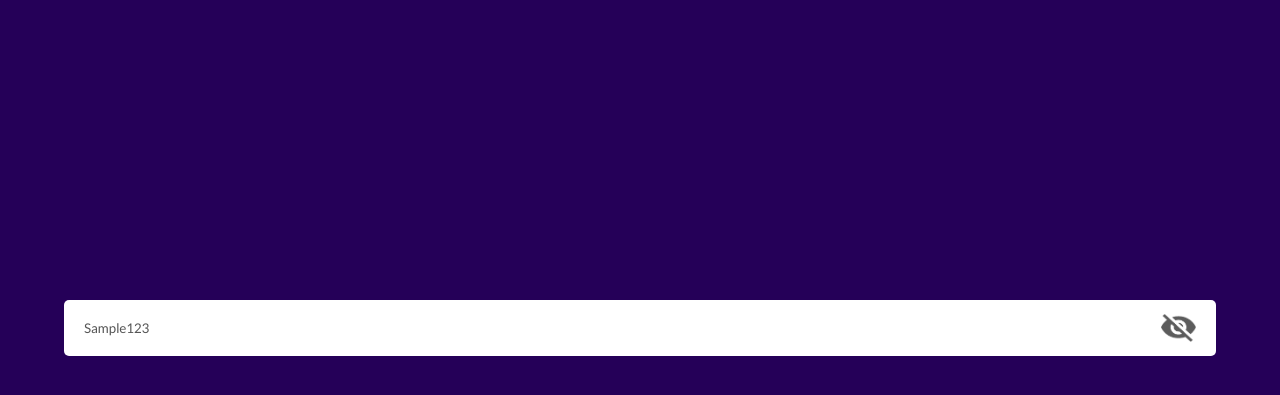
Repository: qtqqrdy13/password-hide-show
Page: index.html
These files come from the project's save history. The page is drawn as it stood at one moment and after the next save; the edit follows.
The browser window is 1280 px wide. The pictures show the whole page.
Empty fields were first filled with sample values (such as "Sample", 5 or name@example.com).
After loading, the first visible `#eyeicon` was clicked once.

Above is the page before, as saved 2024-01-13 00:56:12.

### index.html
<!DOCTYPE html>
<html lang="en">
<head>
    <meta charset="UTF-8">
    <meta name="viewport" content="width=device-width, initial-scale=1.0">
    <title>Password hide and show</title>
    <link rel="stylesheet" href="style.css">
</head>
<body>
<div class="input-box">
    <input type="password"  placeholder="password" id="password">
    <img src="img/eye-close.png" alt="" id="eyeicon">
</div>



    <script src="script.js"></script>
</body>
</html>

### style.css
* {
    margin: 0;
    padding: 0;
    font-family: 'Gill Sans', 'Gill Sans MT', Calibri, 'Trebuchet MS', sans-serif;
    box-sizing: border-box;
}

body {
    background-color: #250058;
}

.input-box {
    background-color: #fff;
    width: 90%;
    min-width: 500px;
    border-radius: 5px;
    padding: 10px 20px;
    margin: 300px auto;
    display: flex;
    align-items: center;
}
.input-box input{
    width: 100%;
    padding: 10px 0;
    border: 0;
    outline: 0;
    font-style: 24px;
    color: #555;
}
.input-box img{
    width: 35px;
    cursor: pointer;
}

### script.js
let eyeIcon = document.getElementById("eyeicon");
let password = document.getElementById("password");

eyeIcon.onclick = function(){
    if(password.type == "password"){
        password.type = "text";
    }
    else{
        password.type = "password";
    }
};

After the next save:
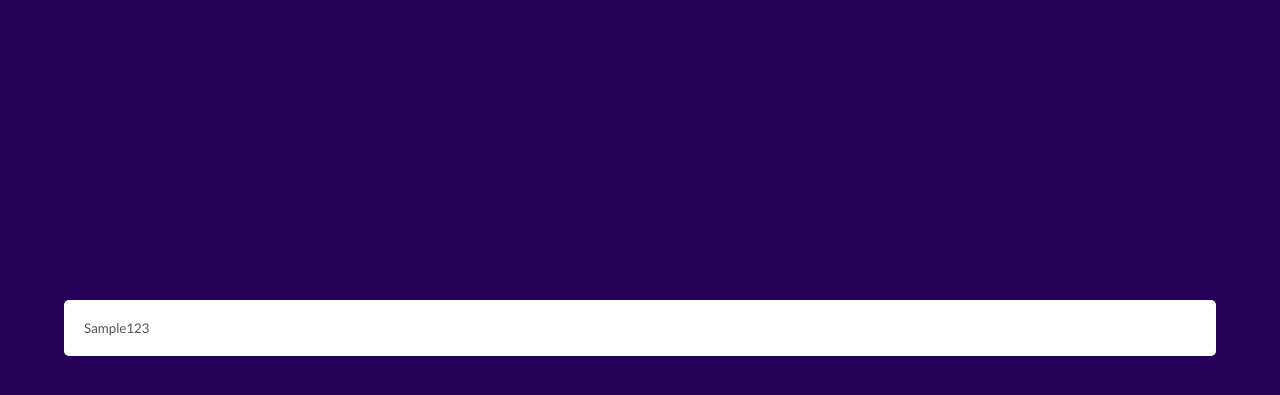
Not found: eye-open.png
Saved 87 s later.
--- a/script.js
+++ b/script.js
@@ -4,8 +4,10 @@
 eyeIcon.onclick = function(){
     if(password.type == "password"){
         password.type = "text";
+        eyeIcon.src = "eye-open.png"
     }
     else{
         password.type = "password";
+        eyeIcon.src = "eye-close.png"
     }
 };

After the 2 saves that followed:
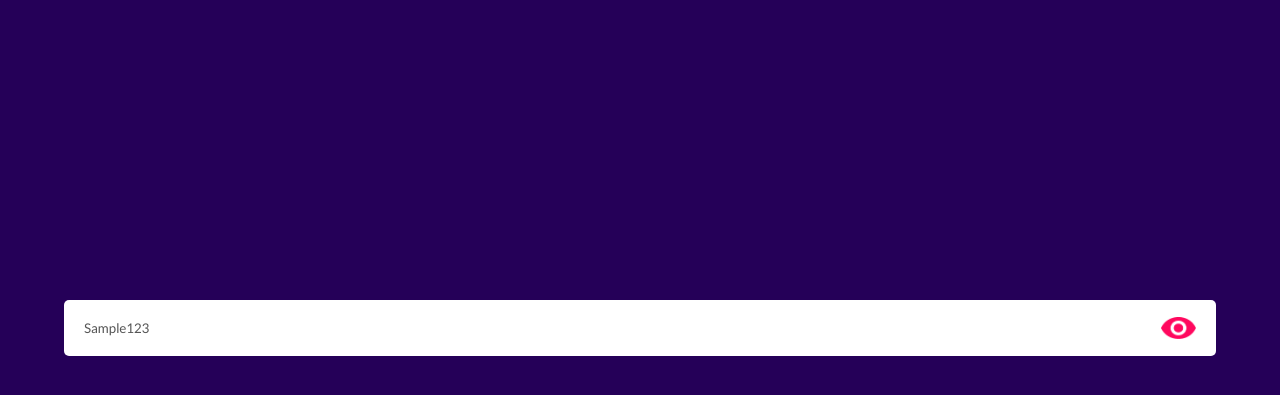
The 2 saves are shown as one change because 1 left the picture as it was.
The last was saved 2 min 28 s later.
--- a/script.js
+++ b/script.js
@@ -4,10 +4,10 @@
 eyeIcon.onclick = function(){
     if(password.type == "password"){
         password.type = "text";
-        eyeIcon.src = "eye-open.png"
+        eyeIcon.src = "eye-open.png";
     }
     else{
         password.type = "password";
-        eyeIcon.src = "eye-close.png"
+        eyeIcon.src = "eye-close.png";
     }
 };
